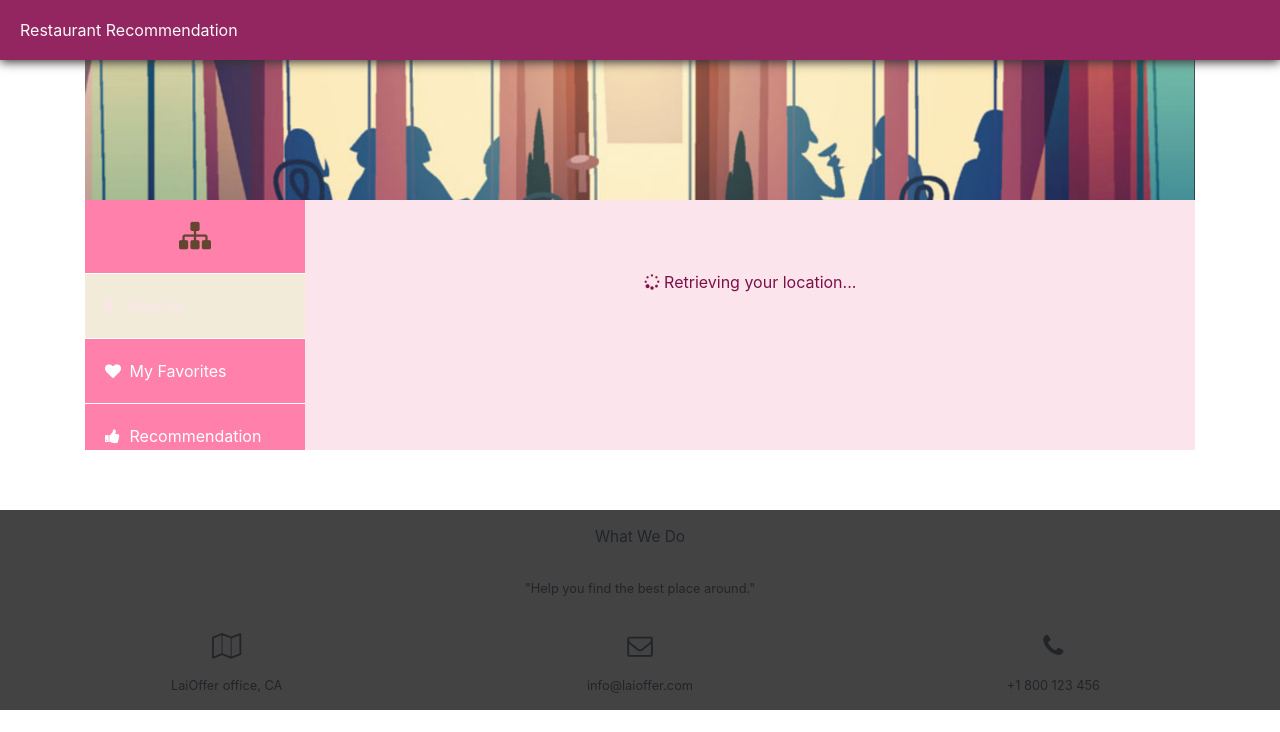
Repository: bchenSyr/restaurant-recommend
Page: http://localhost/YelpRecommend/
These files come from the project's save history. The page is drawn as it stood at one moment and after the next save; the edit follows.
The browser window is 1280 px wide. The pictures show the whole page.
Some web libraries are served in a nearby version. The page is served by Tomcat 9. Other server files are loaded and not shown.

Above is the page before, as saved 2018-09-17 06:45:08.

### YelpRecommend/WebContent/index.html
<!DOCTYPE html>
<html>
<head>
    <!-- Required meta tags always come first -->
    <meta charset="UTF-8">
    <meta name="description" content="Item Recommendation">
    <meta name="author" content="Your Name">

    <!-- Bootstrap CSS -->
    <link rel="stylesheet" href="styles/main.css">
    <link href='https://fonts.googleapis.com/css?family=Open+Sans:400,300,700' rel='stylesheet' type='text/css'>
    <link rel="stylesheet" href="https://maxcdn.bootstrapcdn.com/font-awesome/4.5.0/css/font-awesome.min.css">
    <link rel="stylesheet" href="https://stackpath.bootstrapcdn.com/bootstrap/4.1.3/css/bootstrap.min.css" integrity="sha384-MCw98/SFnGE8fJT3GXwEOngsV7Zt27NXFoaoApmYm81iuXoPkFOJwJ8ERdknLPMO" crossorigin="anonymous">

    <title>Restaurant Recommendation Final</title>
</head>
<body>
   <header class="top-header">
    <nav class="top-nav">
      <a href="#"> Restaurant Recommendation </a>
    </nav>

<!--      <span id="welcome-msg"></span>
     <i id="avatar" class="avatar fa fa-user fa-2x"></i> -->

  </header>

  <div class="container">
    <header>
<!--       <p>
        <span>Restaurant</span>
        <br /> Recommendation
      </p> -->
    </header>

    <section class="main-section">
      <aside id="item-nav">
        <div class="nav-icon">
          <i class="fa fa-sitemap fa-2x"></i>
        </div>
        <nav class="main-nav">
          <a href="#" id="nearby-btn" class="main-nav-btn active">
            <i class="fa fa-map-marker"></i> Nearby
          </a>
          <a href="#" id="fav-btn" class="main-nav-btn">
            <i class="fa fa-heart"></i> My Favorites
          </a>
          <a href="#" id="recommend-btn" class="main-nav-btn">
            <i class="fa fa-thumbs-up"></i> Recommendation
          </a>
        </nav>
      </aside>

      <ul id="item-list">
        <li class="item">
          <img alt="item image" src="https://s3-media3.fl.yelpcdn.com/bphoto/EmBj4qlyQaGd9Q4oXEhEeQ/ms.jpg" />
          <div>
            <a class="item-name" href="#">Item</a>
            <p class="item-category">Vegetarian</p>
            <div class="stars">
              <i class="fa fa-star"></i>
              <i class="fa fa-star"></i>
              <i class="fa fa-star"></i>
            </div>
          </div>
          <p class="item-address">699 Calderon Ave<br/>Mountain View<br/> CA</p>
          <div class="fav-link">
            <i class="fa fa-heart"></i>
          </div>
        </li>
      </ul>
    </section>
  </div>

  <footer>
    <p class="title">What We Do</p>
    <p>"Help you find the best place around."</p>
    <ul>
      <li>
        <p><i class="fa fa-map-o fa-2x"></i></p>
        <p>LaiOffer office, CA</p>
      </li>
      <li>
        <p><i class="fa fa-envelope-o fa-2x"></i></p>
        <p>info@laioffer.com</p>
      </li>
      <li>
        <p><i class="fa fa-phone fa-2x"></i></p>
        <p>+1 800 123 456</p>
      </li>
    </ul>
  </footer>

  <script src="https://rawgit.com/emn178/js-md5/master/build/md5.min.js"></script>
  <!-- <script src="scripts/mock.js"></script> -->

  <!-- Bootstrap -->
  <script src="https://code.jquery.com/jquery-3.3.1.slim.min.js" integrity="sha384-q8i/X+965DzO0rT7abK41JStQIAqVgRVzpbzo5smXKp4YfRvH+8abtTE1Pi6jizo" crossorigin="anonymous"></script>
  <script src="https://cdnjs.cloudflare.com/ajax/libs/popper.js/1.14.3/umd/popper.min.js" integrity="sha384-ZMP7rVo3mIykV+2+9J3UJ46jBk0WLaUAdn689aCwoqbBJiSnjAK/l8WvCWPIPm49" crossorigin="anonymous"></script>
  <script src="https://stackpath.bootstrapcdn.com/bootstrap/4.1.3/js/bootstrap.min.js" integrity="sha384-ChfqqxuZUCnJSK3+MXmPNIyE6ZbWh2IMqE241rYiqJxyMiZ6OW/JmZQ5stwEULTy" crossorigin="anonymous"></script>

  <script src="scripts/main.js"></script>

</body>
</html>

### YelpRecommend/WebContent/styles/main.css
* {
	box-sizing: border-box;
	margin: 0;
	padding: 0;
}

body {
	background-color: #F8BBD0;
	color: #FFFFFF;
	/* font-family: 'Open Sans', sans-serif; */
	font-weight: 300;
	font-size: 0.9em;
}

ul {
	list-style: none;
}

/**
 * top header
 */
.top-header {
	align-items: center;
	/* background: #DF574B; */
	background: rgba(136, 14, 79, 0.9);
	box-shadow: 0px 2px 10px #333333;
	display: flex;
	height: 60px;
	position: fixed;
	top: 0;
	width: 100%;
	z-index: 1;
}

.avatar {
	background: #FFFFFF;
	border-radius: 50%;
	color: #333C4D;
	height: 40px;
	margin-right: 20px;
	padding-left: 9px;
	padding-top: 5px;
	width: 40px;
}

/**
 * top navigation
 */
.top-nav {
	flex: 1;
}

 .top-nav a {
	color: #F9F9F9;
	font-weight: 400;
	margin-left: 20px;
	text-decoration: none;
}

#welcome-msg {
	border-right: 1px solid #FFFFFF;
	padding-right: 10px;
}

/**
 * main container
 */
.container {
	margin: 60px auto;
	max-width: 1000px;
	min-width: 600px;
}

/**
 * main header
 */
.container>header {
	align-items: center;
	background:
		/* url('http://prophoto.com.cy/wp-content/galleries/food/food-restaurant-photographer-cyprus-10.jpg') */
		url('../img/background-photo.png')
		no-repeat 50% 50%;
	background-size: 100%;
	display: flex;
	height: 140px;
}

.container>header p {
	background-color: rgba(255, 255, 255, 0.4);
	border-left: 1px solid #FFFFFF;
	font-weight: 400;
	font-size: 2.5em;
	line-height: 1em;
	/* margin-left: 220px; */
	margin: auto;
	padding-left: 25px;
}

.container>header span {
	/* color: #FBAF41; */
	color: #3700ff;
}

/**
 * main section
 */
.main-section {
	background: #ff80ab;
}

/**
 * aside
 */
#item-nav {
	float: left;
	width: 220px;
}

.nav-icon {
	color: #624630;
	padding: 20px;
	text-align: center;
}

/**
 * main navigation
 */
.main-nav-btn {
	background: none;
	border-top: 1px solid #FFFFFF;
	color: #FFFFFF;
	display: block;
	padding: 20px;
	text-align: left;
	text-decoration: none;
}

.main-nav-btn:hover {
	background: rgba(255, 255, 255, 0.8);
	color: #624630;
}

.main-nav-btn.active {
	background: #F2EBD9;
	color: #FCE4EC;
}

.main-nav-btn i {
	width: 20px;
}

/**
 * item list
 */
#item-list {
	background: #FCE4EC;
	color: #7b1049;
	list-style: none;
	margin-left: 220px;
	min-height: 250px;
	padding: 10px;
}

#item-list .notice {
	font-size: 16px;
	padding: 60px;
	text-align: center;
}

/**
 * item
 */
.item {
	align-items: center;
	border-bottom: 1px solid #FFFFFF;
	display: flex;
	margin: 10px;
	padding: 15px;
	transition: background-color 100ms linear;
}

.item:last-child {
	border: none;
}

.item:hover {
	background: rgba(255, 255, 255, 0.8);
	transition: background-color 100ms linear;
}

.item img {
	border: 1px solid #FFFFFF;
	height: 80px;
	width: 80px;
}

.item>div:first-of-type {
	flex: 1;
	margin-left: 10px;
	margin-right: 10px;
}

.item-name {
	color: #624630;
	font-weight: 400;
	text-decoration: none;
}

.item-name:hover {
	text-decoration: underline;
}

.item-address {
	line-height: 20px;
	padding-right: 20px;
	text-align: right;
}

.stars {
	align-items: center;
	display: flex;
	padding-top: 10px;
}

.fav-link {
	border-left: 1px solid #FFFFFF;
	cursor: pointer;
	line-height: 60px;
	text-align: center;
	width: 60px;
}

.fav-link:hover {
	color: #F13F3F;
}

/**
 * footer section
 */
footer {
	background: #434343;
	font-size: 0.8em;
	height: 200px;
	position: relative;
}

footer p {
	text-align: center;
}

footer p.title {
	font-size: 1.2em;
	padding: 15px;
}

footer ul {
	align-items: center;
	display: flex;
	padding: 20px;
}

footer ul li {
	flex: 1;
}

### YelpRecommend/WebContent/scripts/main.js
(function() {

    /**
     * Variables
     */
    var user_id = '1111';
    var user_fullname = 'Welcome';
    var lng = -122.08;
    var lat = 37.38;

    /**
     * Initialize
     */
    function init() {
        // Register event listeners
        $('nearby-btn').addEventListener('click', loadNearbyItems);
        $('fav-btn').addEventListener('click', loadFavoriteItems);
        $('recommend-btn').addEventListener('click', loadRecommendedItems);

//        var welcomeMsg = $('welcome-msg');
//        welcomeMsg.innerHTML = 'Welcome';
        initGeoLocation();
    }

    function initGeoLocation() {
        if (navigator.geolocation) {
            navigator.geolocation.getCurrentPosition(onPositionUpdated,
                onLoadPositionFailed, {
                    maximumAge: 60000
                });
            showLoadingMessage('Retrieving your location...');
        } else {
            onLoadPositionFailed();
        }
    }

    function onPositionUpdated(position) {
        lat = position.coords.latitude;
        lng = position.coords.longitude;

        loadNearbyItems();
    }

    function onLoadPositionFailed() {
        console.warn('navigator.geolocation is not available');
        getLocationFromIP();
    }

    function getLocationFromIP() {
        // Get location from http://ipinfo.io/json
        var url = 'http://ipinfo.io/json'
        var req = null;
        ajax('GET', url, req, function(res) {
            var result = JSON.parse(res);
            if ('loc' in result) {
                var loc = result.loc.split(',');
                lat = loc[0];
                lng = loc[1];
            } else {
                console.warn('Getting location by IP failed.');
            }
            loadNearbyItems();
        });
    }

    // -----------------------------------
    // Helper Functions
    // -----------------------------------

    /**
     * A helper function that makes a navigation button active
     *
     * @param btnId -
     *            The id of the navigation button
     */
    function activeBtn(btnId) {
        var btns = document.getElementsByClassName('main-nav-btn');

        // deactivate all navigation buttons
        for (var i = 0; i < btns.length; i++) {
            btns[i].className = btns[i].className.replace(/\bactive\b/, '');
        }

        // active the one that has id = btnId
        var btn = $(btnId);
        btn.className += ' active';
    }

    function showLoadingMessage(msg) {
        var itemList = $('item-list');
        itemList.innerHTML = '<p class="notice"><i class="fa fa-spinner fa-spin"></i> ' +
            msg + '</p>';
    }

    function showWarningMessage(msg) {
        var itemList = $('item-list');
        itemList.innerHTML = '<p class="notice"><i class="fa fa-exclamation-triangle"></i> ' +
            msg + '</p>';
    }

    function showErrorMessage(msg) {
        var itemList = $('item-list');
        itemList.innerHTML = '<p class="notice"><i class="fa fa-exclamation-circle"></i> ' +
            msg + '</p>';
    }

    /**
     * A helper function that creates a DOM element <tag options...>
     *
     * @param tag
     * @param options
     * @returns
     */
    function $(tag, options) {
        if (!options) {
            return document.getElementById(tag);
        }

        var element = document.createElement(tag);

        for (var option in options) {
            if (options.hasOwnProperty(option)) {
                element[option] = options[option];
            }
        }

        return element;
    }

    function hideElement(element) {
        element.style.display = 'none';
    }

    function showElement(element, style) {
        var displayStyle = style ? style : 'block';
        element.style.display = displayStyle;
    }

    /**
     * AJAX helper
     *
     * @param method -
     *            GET|POST|PUT|DELETE
     * @param url -
     *            API end point
     * @param callback -
     *            This the successful callback
     * @param errorHandler -
     *            This is the failed callback
     */
    function ajax(method, url, data, callback, errorHandler) {
        var xhr = new XMLHttpRequest();

        xhr.open(method, url, true);

        xhr.onload = function() {
        	if (xhr.status === 200) {
        		callback(xhr.responseText);
        	} else {
        		errorHandler();
        	}
        };

        xhr.onerror = function() {
            console.error("The request couldn't be completed.");
            errorHandler();
        };

        if (data === null) {
            xhr.send();
        } else {
            xhr.setRequestHeader("Content-Type",
                "application/json;charset=utf-8");
            xhr.send(data);
        }
    }

    // -------------------------------------
    // AJAX call server-side APIs
    // -------------------------------------

    /**
     * API #1 Load the nearby items API end point: [GET]
     * /Dashi/search?user_id=1111&lat=37.38&lon=-122.08
     */
    function loadNearbyItems() {
        console.log('loadNearbyItems');
        activeBtn('nearby-btn');

        // The request parameters
        var url = './search';
        var params = 'user_id=' + user_id + '&lat=' + lat + '&lon=' + lng;
        var req = JSON.stringify({});

        // display loading message
        showLoadingMessage('Loading nearby items...');

        // make AJAX call
        ajax('GET', url + '?' + params, req,
            // successful callback
            function(res) {
                var items = JSON.parse(res);
                if (!items || items.length === 0) {
                    showWarningMessage('No nearby item.');
                } else {
                    listItems(items);
                }
            },
            // failed callback
            function() {
                showErrorMessage('Cannot load nearby items.');
            });
    }

    /**
     * API #2 Load favorite (or visited) items API end point: [GET]
     * /Dashi/history?user_id=1111
     */
    function loadFavoriteItems() {
        activeBtn('fav-btn');

        // The request parameters
        var url = './history';
        var params = 'user_id=' + user_id;
        var req = JSON.stringify({});

        // display loading message
        showLoadingMessage('Loading favorite items...');

        // make AJAX call
        ajax('GET', url + '?' + params, req, function(res) {
            var items = JSON.parse(res);
            if (!items || items.length === 0) {
                showWarningMessage('No favorite item.');
            } else {
                listItems(items);
            }
        }, function() {
            showErrorMessage('Cannot load favorite items.');
        });
    }

    /**
     * API #3 Load recommended items API end point: [GET]
     * /Dashi/recommendation?user_id=1111
     */
    function loadRecommendedItems() {
        activeBtn('recommend-btn');

        // The request parameters
        var url = './recommendation';
        var params = 'user_id=' + user_id + '&lat=' + lat + '&lon=' + lng;

        var req = JSON.stringify({});

        // display loading message
        showLoadingMessage('Loading recommended items...');

        // make AJAX call
        ajax(
            'GET',
            url + '?' + params,
            req,
            // successful callback
            function(res) {
                var items = JSON.parse(res);
                if (!items || items.length === 0) {
                    showWarningMessage('No recommended item. Make sure you have favorites.');
                } else {
                    listItems(items);
                }
            },
            // failed callback
            function() {
                showErrorMessage('Cannot load recommended items.');
            });
    }

    /**
     * API #4 Toggle favorite (or visited) items
     *
     * @param item_id -
     *            The item business id
     *
     * API end point: [POST]/[DELETE] /Dashi/history request json data: {
     * user_id: 1111, visited: [a_list_of_business_ids] }
     */
    function changeFavoriteItem(item_id) {
        // Check whether this item has been visited or not
        var li = $('item-' + item_id);
        var favIcon = $('fav-icon-' + item_id);
        var favorite = li.dataset.favorite !== 'true';

        // The request parameters
        var url = './history';
        var req = JSON.stringify({
            user_id: user_id,
            favorite: [item_id]
        });
        var method = favorite ? 'POST' : 'DELETE';

        ajax(method, url, req,
            // successful callback
            function(res) {
                var result = JSON.parse(res);
                if (result.result === 'SUCCESS') {
                    li.dataset.favorite = favorite;
                    favIcon.className = favorite ? 'fa fa-heart' : 'fa fa-heart-o';
                }
            });
    }

    // -------------------------------------
    // Create item list
    // -------------------------------------

    /**
     * List items
     *
     * @param items -
     *            An array of item JSON objects
     */
    function listItems(items) {
        // Clear the current results
        var itemList = $('item-list');
        itemList.innerHTML = '';

        for (var i = 0; i < items.length; i++) {
            addItem(itemList, items[i]);
        }
    }

    /**
     * Add item to the list
     *
     * @param itemList -
     *            The
     *            <ul id="item-list">
     *            tag
     * @param item -
     *            The item data (JSON object)
     */
    function addItem(itemList, item) {
        var item_id = item.item_id;

        // create the <li> tag and specify the id and class attributes
        var li = $('li', {
            id: 'item-' + item_id,
            className: 'item'
        });

        // set the data attribute
        li.dataset.item_id = item_id;
        li.dataset.favorite = item.favorite;

        // item image
        if (item.image_url) {
            li.appendChild($('img', {
                src: item.image_url
            }));
        } else {
            li.appendChild($(
                'img', {
                    src: 'https://assets-cdn.github.com/images/modules/logos_page/GitHub-Mark.png'
                }))
        }
        // section
        var section = $('div', {});

        // title
        var title = $('a', {
            href: item.url,
            target: '_blank',
            className: 'item-name'
        });
        title.innerHTML = item.name;
        section.appendChild(title);

        // category
        var category = $('p', {
            className: 'item-category'
        });
        category.innerHTML = 'Category: ' + item.categories.join(', ');
        section.appendChild(category);

        // TODO(vincent). here we might have a problem showing 3.5 as 3.
        // stars
        var stars = $('div', {
            className: 'stars'
        });

        for (var i = 0; i < item.rating; i++) {
            var star = $('i', {
                className: 'fa fa-star'
            });
            stars.appendChild(star);
        }

        if (('' + item.rating).match(/\.5$/)) {
            stars.appendChild($('i', {
                className: 'fa fa-star-half-o'
            }));
        }

        section.appendChild(stars);

        li.appendChild(section);

        // address
        var address = $('p', {
            className: 'item-address'
        });

        address.innerHTML = item.address.replace(/,/g, '<br/>').replace(/\"/g,
            '');
        li.appendChild(address);

        // favorite link
        var favLink = $('p', {
            className: 'fav-link'
        });

        favLink.onclick = function() {
            changeFavoriteItem(item_id);
        };

        favLink.appendChild($('i', {
            id: 'fav-icon-' + item_id,
            className: item.favorite ? 'fa fa-heart' : 'fa fa-heart-o'
        }));

        li.appendChild(favLink);

        itemList.appendChild(li);
    }

    init();

})();

After the next save:
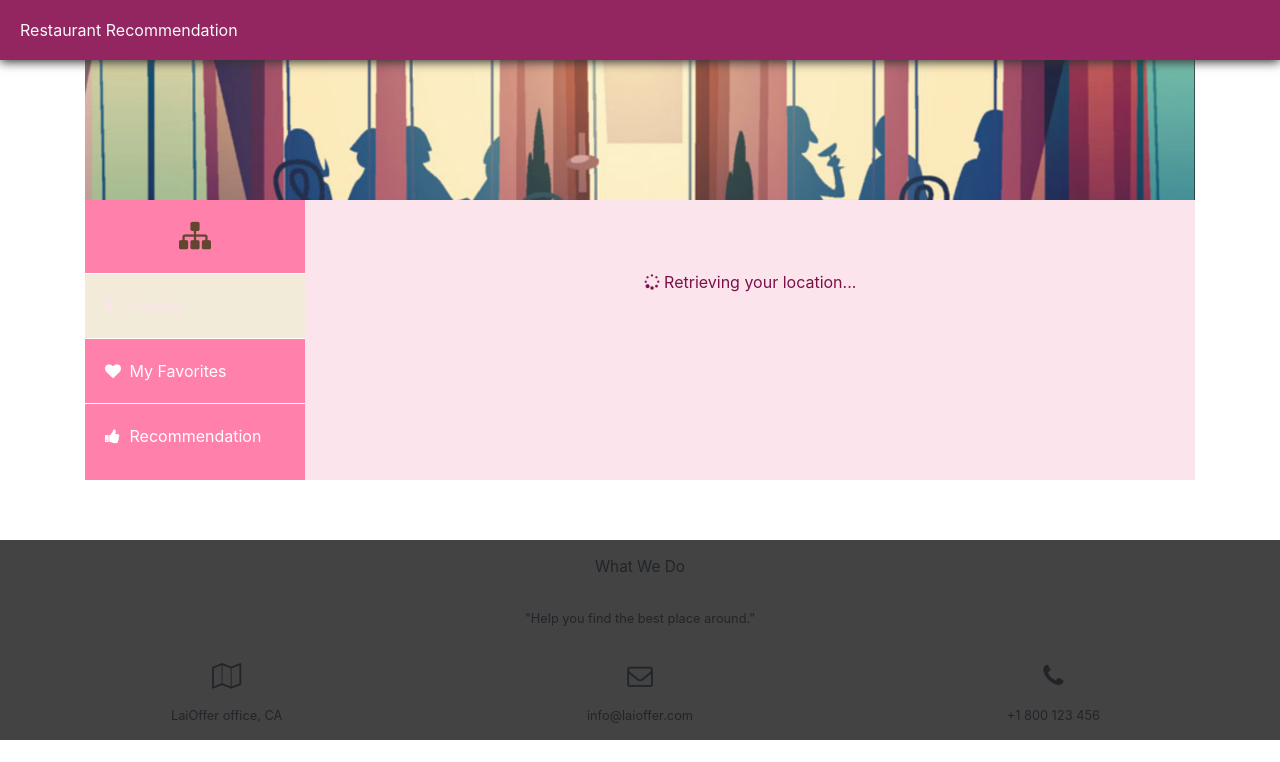
Saved 84 s later.
--- a/YelpRecommend/WebContent/styles/main.css
+++ b/YelpRecommend/WebContent/styles/main.css
@@ -106,6 +106,7 @@ ul {
  */
 .main-section {
 	background: #ff80ab;
+	min-height: 280px;
 }
 
 /**
@@ -157,7 +158,7 @@ ul {
 	color: #7b1049;
 	list-style: none;
 	margin-left: 220px;
-	min-height: 250px;
+	min-height: 280px;
 	padding: 10px;
 }
 
